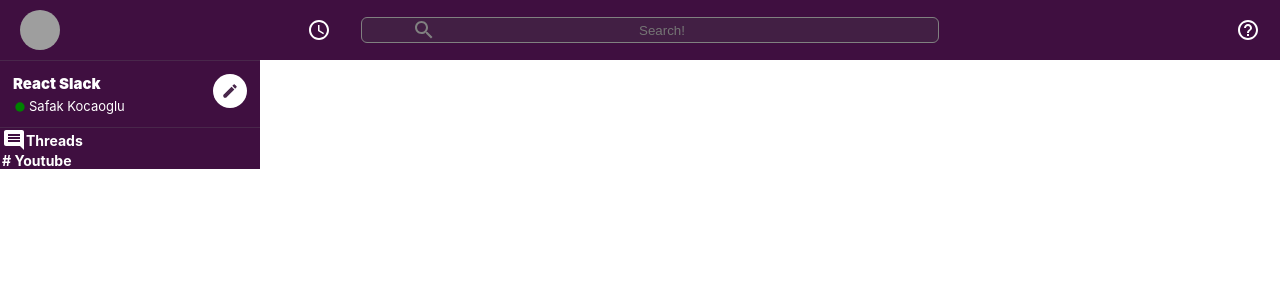
Repository: mminhaz93/React-Slack-Clone
Page: /
The author's editor kept a copy of each file at every save. The page is drawn from the files as they stood at one save, then again after the next save.
The browser window is 1280 px wide. The pictures show the whole page.
Pictures or frames that could not be fetched are drawn as grey boxes. The project was rebuilt for these pictures with package versions that can differ from the ones it lists, and the page was loaded fresh each time.

Above is the page before, as saved 2020-08-13 21:22:00.

After the next save:
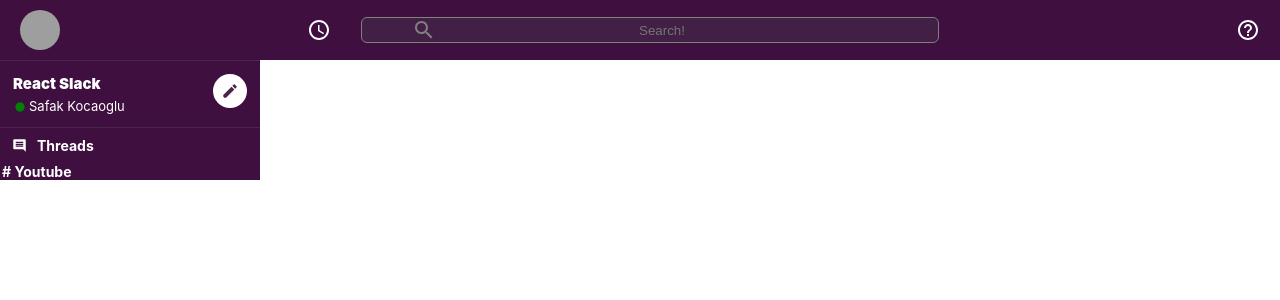
Saved 57 s later.
--- a/src/components/SidebarOption.css
+++ b/src/components/SidebarOption.css
@@ -6,6 +6,12 @@
   cursor: pointer;
 }
 
-.sidebarOption:hover{
-    background-color: #340e36;
+.sidebarOption:hover {
+  opacity: 0.9;
+  background-color: #340e36;
 }
+
+.sidebarOptionIcon {
+  padding: 10px;
+  font-size: 15px !important;
+}
